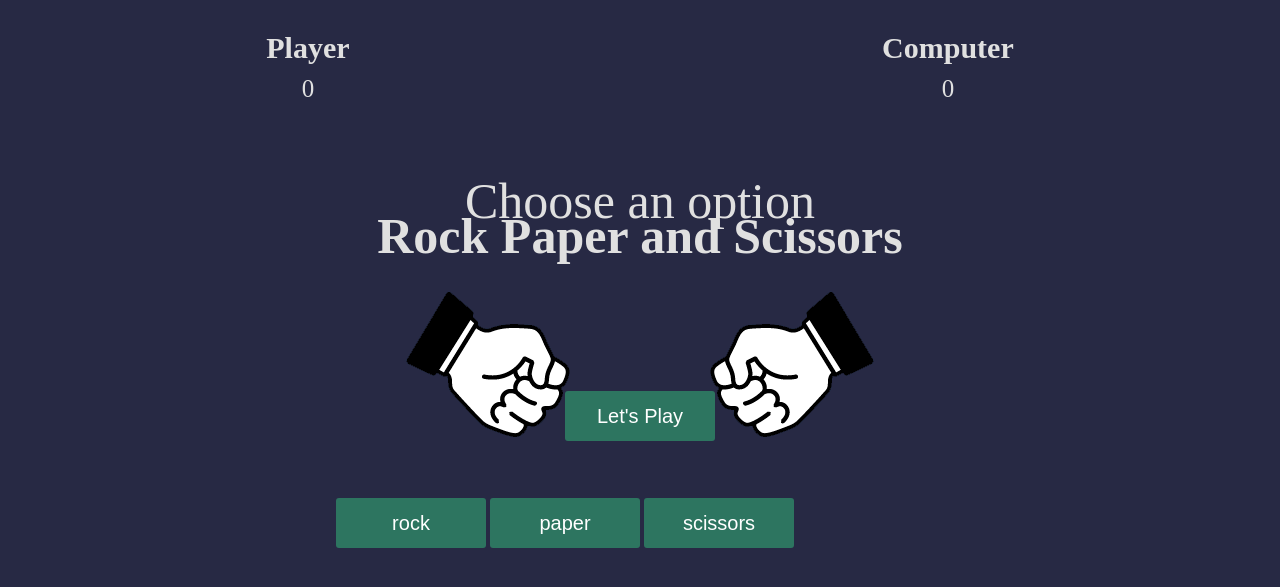
Repository: issaRan/Rock-Paper-Scissors
Page: index.html
The author's editor kept a copy of each file at every save. The page is drawn from the files as they stood at one save, then again after the next save.
The browser window is 1280 px wide. The pictures show the whole page.

Above is the page before, as saved 2020-10-23 22:46:08.

After the next save:
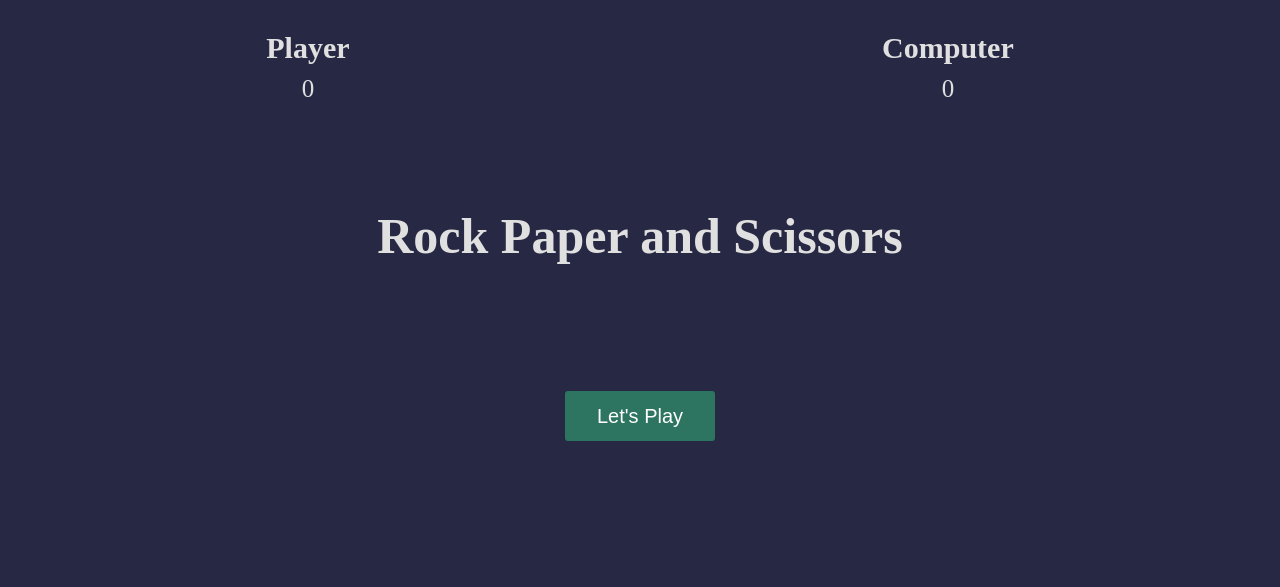
Saved 24 s later.
--- a/index.html
+++ b/index.html
@@ -23,7 +23,7 @@
             <h1>Rock Paper and Scissors</h1>
             <button>Let's Play</button>
         </div>
-        <div class="match">
+        <div class="match fadeOut">
             <div class="winner">Choose an option</div>
             <div class="hands">
                 <img class="player-hand" src="assets/rock.png" alt="">
